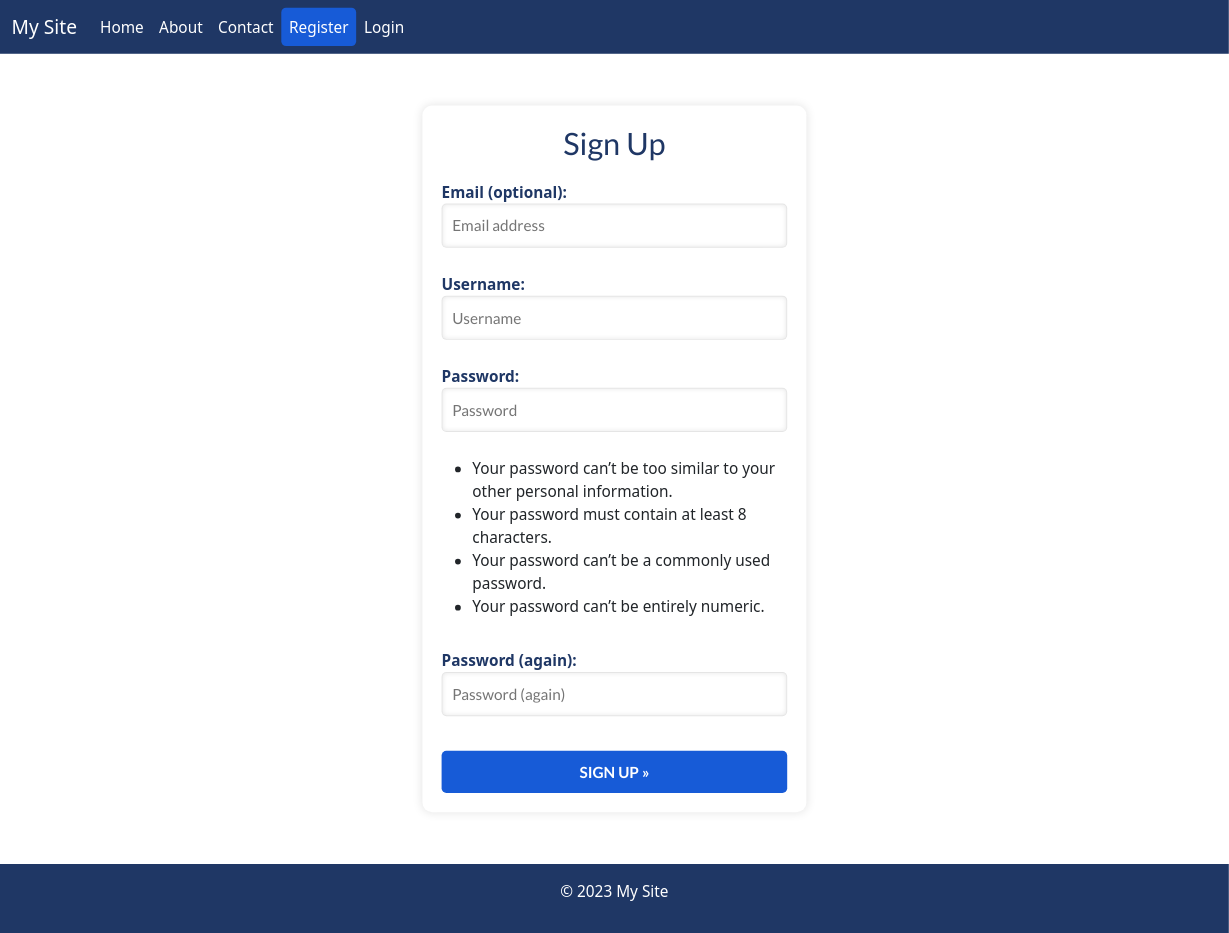
Repository: aminoacid-01/the-final-jardown
Page: http://localhost/accounts/signup/
These files come from the project's save history. The page is drawn as it stood at one moment and after the next save; the edit follows.
The browser window is 1280 px wide. The pictures show the whole page, at 96% of full size.
The page is served by the project's application, run on Django 4.2 (manage.py).

Above is the page before, as saved 2025-02-13 14:39:10.
Console error: TypeError: Cannot read properties of null (reading 'addEventListener')

After the next save:
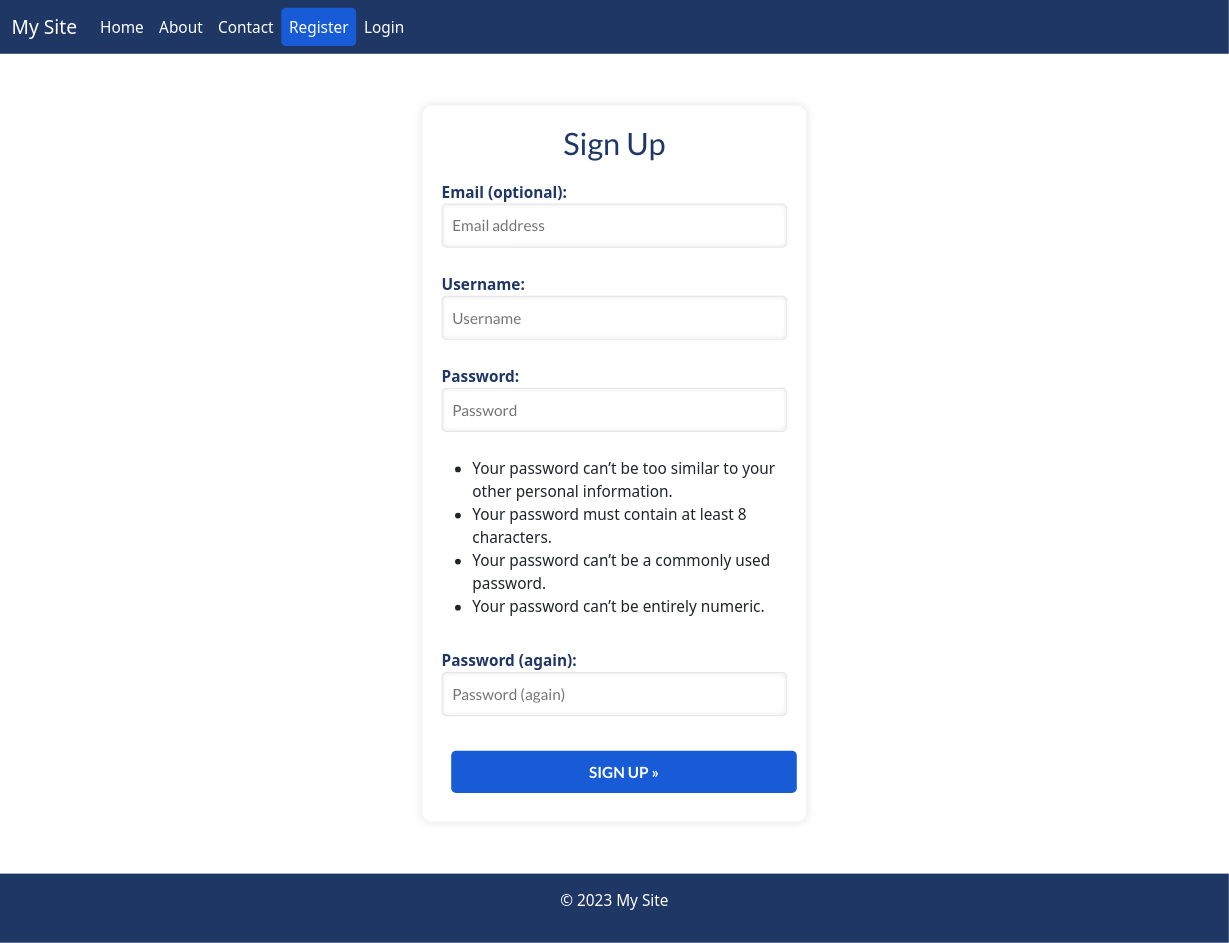
Saved 4 s later.
--- a/static/css/styles.css
+++ b/static/css/styles.css
@@ -155,4 +155,21 @@ form a {
 form a:hover {
     text-decoration: underline;
 }
-/* letters
+/* letters.css */
+#game {
+    text-align: center;
+    margin-top: 50px;
+}
+
+button {
+    padding: 10px 20px;
+    margin: 10px;
+    font-size: 16px;
+    cursor: pointer;
+}
+
+#selected-letters {
+    margin-top: 20px;
+    font-size: 24px;
+    font-weight: bold;
+}
